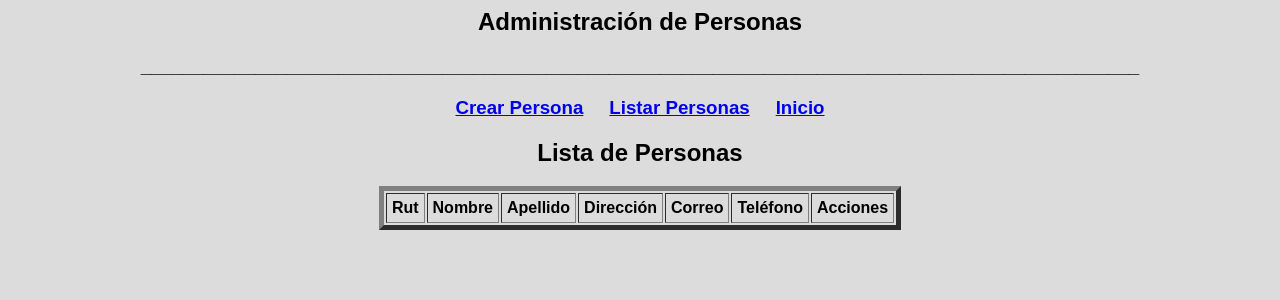
Repository: miguelalvarezcl/examen
Page: http://localhost/CtaCorriente/listPersonabd
The author's editor kept a copy of each file at every save. The page is drawn from the files as they stood at one save, then again after the next save.
The browser window is 1280 px wide. The pictures show the whole page.
The page is served by Tomcat 9. Queries for data that is not in the repository find no rows.

Above is the page before, as saved 2021-11-13 05:05:29.

After the next save:
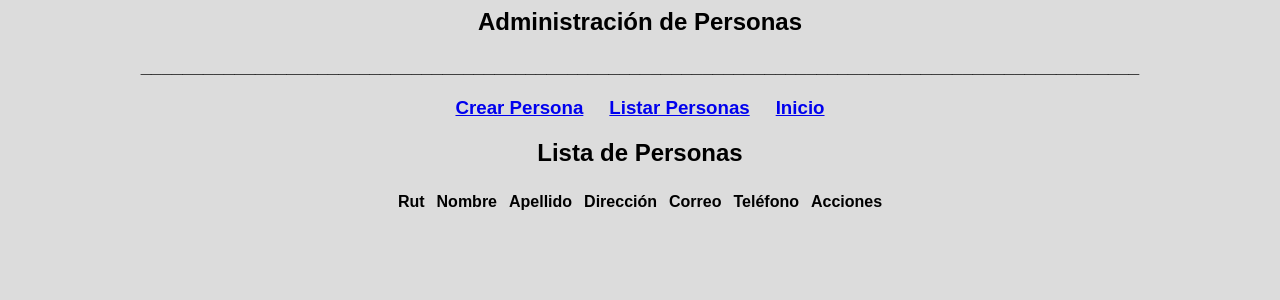
Saved 94 s later.
--- a/CtaCorriente/WebContent/ListaPersonas.jsp
+++ b/CtaCorriente/WebContent/ListaPersonas.jsp
@@ -18,7 +18,7 @@
         </h3>
     </center>
     <div align="center">
-        <table border="5" cellpadding="5">
+        <table border="0" cellpadding="5">
             <h2>Lista de Personas</h2>
             <tr>
                 <th>Rut</th>
